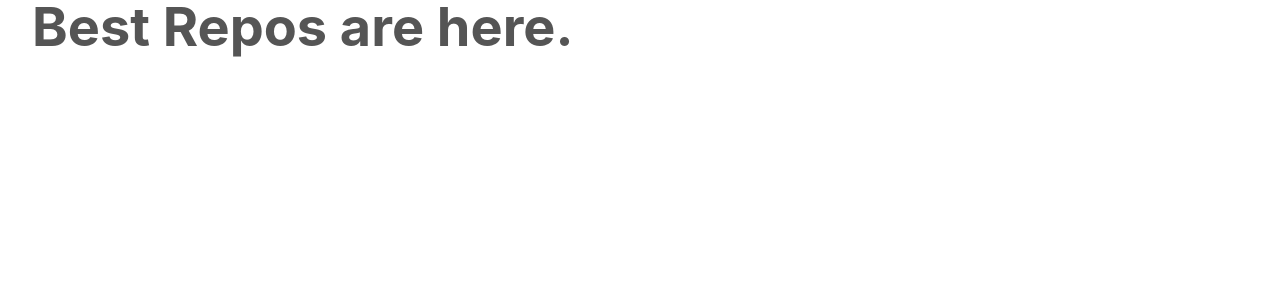
Repository: MoRamdan11/Trending-repos-challenge
Page: /
An editor plug-in stored every save of this project. The page is shown before and after a run of saves, followed by the edit.
The browser window is 1280 px wide. The pictures show the whole page.
The project was rebuilt for these pictures with package versions that can differ from the ones it lists, and the page was loaded fresh each time. Also part of the build but not shown: src/App.css, src/components/test.js.

Above is the page before, as saved 2021-08-31 20:55:38.

After the next 2 saves:
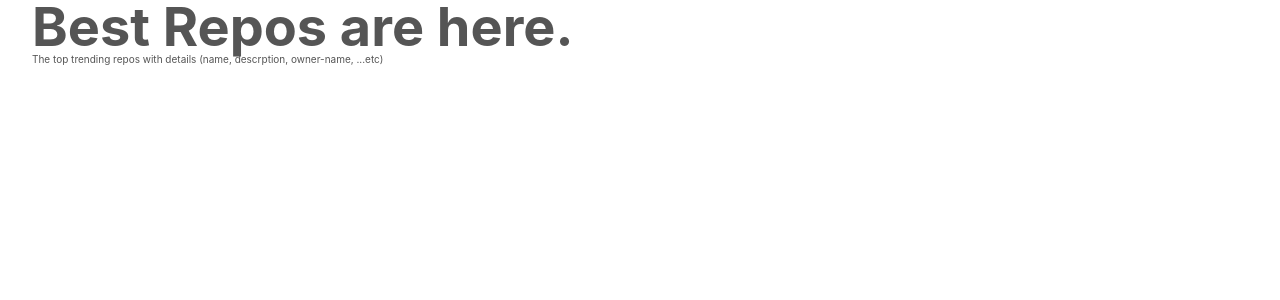
The 2 saves are shown as one change because they came seconds apart.
The last was saved 116 s later.
--- a/src/components/Hero/hero.js
+++ b/src/components/Hero/hero.js
@@ -4,6 +4,10 @@
   return (
     <div className="hero-container" style={{ margin: "0 auto" }}>
       <h1 className="hero-header">Best Repos are here.</h1>
+      <p>
+        The top trending repos with details (name, descrption, owner-name,
+        ...etc)
+      </p>
     </div>
   );
 };
